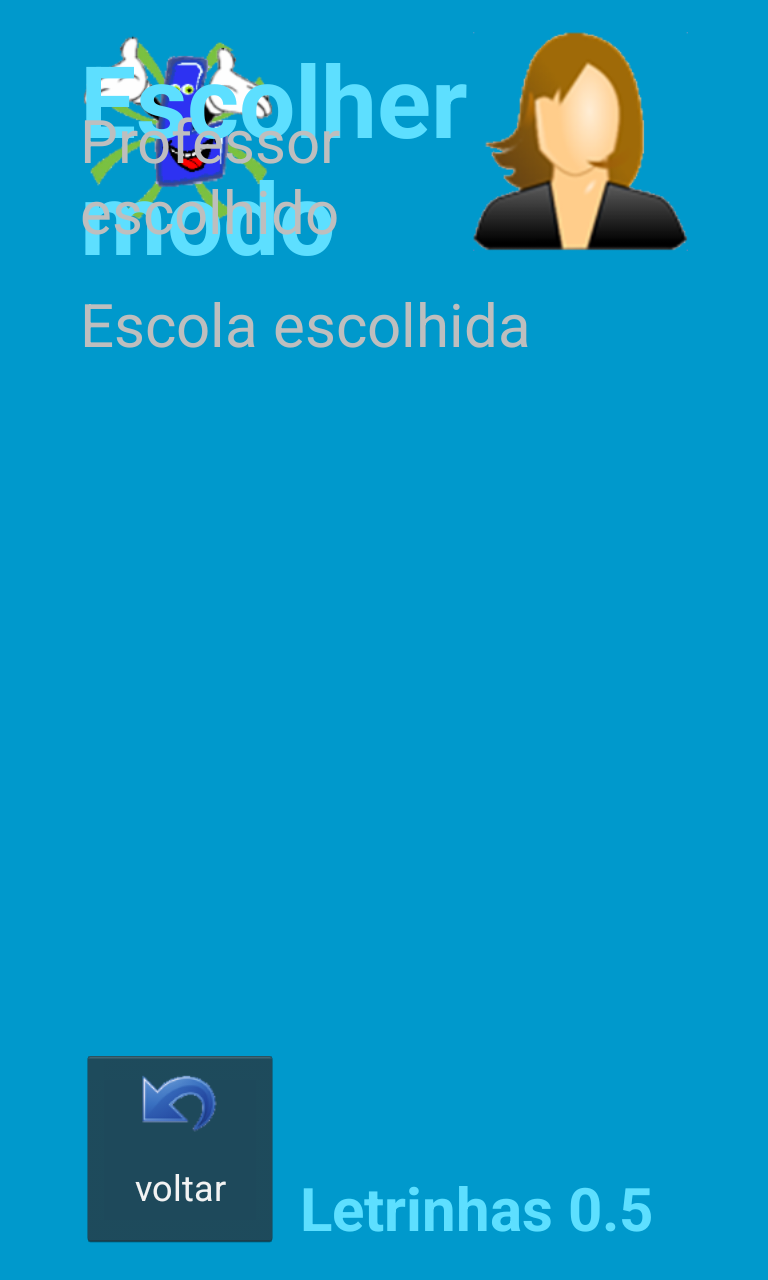
Repository: iptomar/letrinhas_documentacao
Layout: Letrinhas/APP/Prototipos/Letrinhas05/res/layout/listar_submissoes.xml
These files come from the project's save history. The layout is drawn as it stood at one moment and after the next save; the edit follows.
It is drawn on a 768 x 1280 px phone screen (xhdpi) without system bars, with theme FullscreenTheme; the app's code is not run.

Above is the layout before, as saved 2014-05-18 11:00:07.

### Letrinhas/APP/Prototipos/Letrinhas05/res/layout/listar_submissoes.xml
<RelativeLayout xmlns:android="http://schemas.android.com/apk/res/android"
    xmlns:tools="http://schemas.android.com/tools"
    android:id="@+id/escModo"
    android:layout_width="match_parent"
    android:layout_height="match_parent"
    android:background="#0099cc"
    android:configChanges="orientation|keyboardHidden|screenSize"
    android:gravity="center_horizontal"
    android:paddingBottom="@dimen/activity_vertical_margin"
    android:paddingLeft="40sp"
    android:paddingRight="40sp"
    android:paddingTop="@dimen/activity_vertical_margin"
    android:screenOrientation="landscape"
    tools:context="com.letrinhas05.escolhe.ListarSubmissoes" >

    <ImageView
        android:id="@+id/lslogo"
        android:layout_width="wrap_content"
        android:layout_height="wrap_content"
        android:contentDescription="@string/letrinhas"
        android:src="@drawable/letrinhas" />

    <TextView
        android:id="@+id/lsRodape"
        android:layout_width="wrap_content"
        android:layout_height="wrap_content"
        android:layout_alignBottom="@+id/lsbtnVoltar"
        android:layout_marginLeft="10sp"
        android:layout_toRightOf="@+id/lsbtnVoltar"
        android:text="@string/letrinhas"
        android:textColor="#5ddfff"
        android:textSize="30sp"
        android:textStyle="bold" />

    <Button
        android:id="@+id/lsbtnVoltar"
        android:layout_width="100sp"
        android:layout_height="100sp"
        android:layout_alignLeft="@+id/lslogo"
        android:layout_alignParentBottom="true"
        android:contentDescription="@string/voltar"
        android:drawableTop="@drawable/voltar"
        android:text="@string/voltar" />

    <TextView
        android:id="@+id/lsCabecalho"
        android:layout_width="wrap_content"
        android:layout_height="wrap_content"
        android:layout_alignTop="@+id/lslogo"
        android:layout_toRightOf="@+id/escMlogo"
        android:text="@string/escolherModo"
        android:textColor="#5ddfff"
        android:textSize="50sp"
        android:textStyle="bold" />

    <TextView
        android:id="@+id/lsEscola"
        android:layout_width="wrap_content"
        android:layout_height="wrap_content"
        android:layout_alignLeft="@+id/lsCabecalho"
        android:layout_below="@+id/lsCabecalho"
        android:text="Escola escolhida"
        android:textSize="30sp" />

    <TextView
        android:id="@+id/lstvProf"
        android:layout_width="wrap_content"
        android:layout_height="wrap_content"
        android:layout_alignBottom="@+id/lsivProfessor"
        android:layout_toLeftOf="@+id/lsivProfessor"
        android:text="Professor escolhido"
        android:textSize="30sp" android:layout_marginRight="20dp"/>

    <ImageView
        android:id="@+id/lsivProfessor"
        android:layout_width="wrap_content"
        android:layout_height="wrap_content"
        android:layout_alignParentRight="true"
        android:layout_alignTop="@+id/lsCabecalho"
        android:contentDescription="@string/professor"
        android:src="@drawable/professora" />




</RelativeLayout>

### Letrinhas/APP/Prototipos/Letrinhas05/res/values/colors.xml
<?xml version="1.0" encoding="utf-8"?>
<resources>
    	<color name="black_overlay">#66000000</color>
    	<color name="text_color">#66ff00ff</color>
</resources>

### Letrinhas/APP/Prototipos/Letrinhas05/res/values/strings.xml
<?xml version="1.0" encoding="utf-8"?>
<resources>

    <string name="app_name">Letrinhas05</string>
    <string name="entrar">Entrar</string>
    <string name="letrinhas">Letrinhas 0.5 </string>
    <string name="Recording">A gravar</string>
    <string name="start">Começar</string>
    <string name="stop">Parar</string>
    <string name="play">Ouvir</string>
    <string name="title_item_list">Items</string>
    <string name="title_item_detail">Item Detail</string>
    <string name="title_activity_escolhe_teste">Escolher Teste</string>
    <string name="action_settings">Settings</string>
    <string name="sair">sair</string>
    <string name="voltar">voltar</string>
    <string name="teste">Teste</string>
    <string name="title_activity_esc_modo">Escolher Modo do teste</string>
    <string name="escolhe_Modo">Escolher o Modo do teste a realizar</string>
    <string name="porAluno">Por Aluno</string>
    <string name="porProf">Por Professor</string>
    <string name="title_activity_leitura_texto">Leitura de Textos</string>
    <string name="title_activity_leitura_palavras">Leitura de Palavras</string>
    <string name="concetList">ConectList</string>
    <string name="title_activity_texto">Teste de texto</string>
    <string name="title_activity_teste_texto">Teste de texto</string>
    <string name="title_activity_teste__imagem">Teste de imagens</string>
    <string name="title_activity_teste__palavras">Teste de palavras</string>
    <string name="title_activity_teste__poema">Teste de poema</string>
    <string name="login_title">Login Screen</string>
    <string name="username">Username</string>
    <string name="password">Password</string>
    <string name="login">Login</string>
    <string name="title_activity_autenticacao">Autenticacao</string>
    <string name="min"></string>
    <string name="sec"></string>
    <string name="vacilar">Vacilações</string>
    <string name="fragment">Fragmentações</string>
    <string name="silabac">Silabações</string>
    <string name="repeti">Repetições</string>
    <string name="exepriment">experiência</string>
    <string name="menos">menos</string>
    <string name="mais">mais</string>
    <string name="espaco">"                        "</string>
    <string name="numer">20</string>
    <string name="pErrada">P. Erradas:</string>
    <string name="btnback">Voltar</string>
    <string name="title_activity_all__tests">Todos os Testes</string>
    <string name="btnMainAllTest">Todos os Testes</string>
    <string name="btnMainSendResult">Criar e enviar Resultado de Teste</string>
    <string name="btnSendResult">Enviar Resultado</string>
    <string name="title_activity_send__result_test">Enviar Resultado de Teste</string>
    <string name="lb_mainIpServidor">IP do Servidor:</string>
    <string name="mainPorta">Porta:</string>
    <string name="title_activity_receber_imagem">ReceberImagem</string>
    <string name="btnReceberImagem">Ver imagem da BD Profs</string>
    <string name="title_activity_reprod_audio">ReprodAudio</string>
    <string name="title_activity_main_bd">MainBD</string>
    <string name="pontErrada">Pontuação</string>
    <string name="PalavraErrada">Palavra Errada</string>
    <string name="CancelarSeleccao">Cancelar Seleccao</string>
    <string name="title_activity_resultado">Resultado</string>
    <string name="resultado">Resultado do teste</string>
    <string name="avancar">Avançar</string>
    <string name="act_BD">Atualizar a Base de Dados</string>
    <string name="title_activity_escolhe_escola">Escolher Escola</string>
    <string name="escola">escola</string>
    <string name="title_activity_escolhe_disciplina">Escolher disciplina</string>
    <string name="ano">ano</string>
    <string name="title_activity_escolhe_aluno">Escolher Aluno</string>
    <string name="aluno">Aluno</string>
    <string name="title_activity_escolhe_professor">Escolher Professor</string>
    <string name="professor">Professor</string>
    <string name="nomeTeste">Nome do teste</string>
    <string name="tempoLeitura">Tempo de leitura</string>
    <string name="expressividade">Expressividade</string>
    <string name="ritmo">Ritmo</string>
    <string name="nota">Nota</string>
    <string name="perguntaImagem">perguntaImagem</string>
    <string name="title_activity_custom">Custom</string>
    <string name="portugues">Português</string>
    <string name="ingles">Inglês</string>
    <string name="estMeio">Estudo do meio</string>
    <string name="matematica">Matemática</string>
    <string name="escolheDisciplina">Escolhe a disciplina</string>
    <string name="agrupamento">Agrupamento Artur Gonçalves</string>
    <string name="escProfessor">Escolher professor</string>
    <string name="title_activity_escolhe_turma">Escolher Turma</string>
    <string name="hello_world">Hello world!</string>
    <string name="escolherTurma">Escolher Turma</string>
    <string name="escolherAluno">Escolher Aluno</string>
    <string name="escolherModo">Escolher modo</string>
    <string name="realizarTeste">Realizar teste(s)</string>
    <string name="corrigirTeste">Corrigir teste(s)</string>
    <string name="title_activity_escolhe_tipo_teste">Escolher Tipo de Teste</string>
    <string name="escolheTipoTeste">Escolher Tipo de Teste</string>
    <string name="demo">Demo</string>
    <string name="iniciar">Iniciar</string>
    <string name="ExemploTexto">Alfabetização\n
        A alfabetização consiste no aprendizado do alfabeto e de sua utilização como código de comunicação. De um modo mais abrangente, a alfabetização é definida como um processo no qual o indivíduo constrói a gramática e em suas variações. Esse processo não se resume apenas na aquisição dessas habilidades mecânicas (codificação e decodificação) do acto de ler, mas na capacidade de interpretar, compreender, criticar, resignificar e produzir conhecimento.1 Todas essas capacidades citadas anteriormente só serão concretizadas se os alunos tiverem acesso a todos os tipos de portadores de textos. O aluno precisa encontrar os usos sociais da leitura e da escrita.2 A alfabetização envolve também o desenvolvimento de novas formas de compreensão e uso da linguagem de uma maneira geral.\n
        A alfabetização de um indivíduo promove sua socialização, já que possibilita o estabelecimento de novos tipos de trocas simbólicas com outros indivíduos, acesso a bens culturais e a facilidades oferecidas pelas instituições sociais. A alfabetização é um fator propulsor do exercício consciente da cidadania e do desenvolvimento da sociedade como um todo.\n
        A incapacidade de ler e escrever é denominada analfabetismo, enquanto que a incapacidade de interpretar textos simples é chamada analfabetismo funcional ou semianalfabetismo.</string>
    <string name="ExemploPoema">    Ó lua que vais tão alta,\n
Redonda como um tamanco!\n
Ó Maria, traz cá a escada,\n
Que eu não chego lá com um banco.\n
\n
A minha mãe fez um bolo de alfazema.\n
Pedi-lhe uma fatia, e ela deu-ma!\n
\n
Da minha casa à tua\n
vai uma grande distância,\n
Cuidado pelo caminho, \n
não vás escorregar numa casaca de melância!\n
\n
 o meu nome é dionísio\n
pediram-me para fazer um poema, e fízi-o.\n
</string>
    <string name="title_activity_listar_submissoes">Listar Submissoes</string>

</resources>

Loaded but not shown: Letrinhas/APP/Prototipos/Letrinhas05/res/values-v11/styles.xml (common file); Letrinhas/APP/Prototipos/Letrinhas05/res/values/styles.xml (common file); Letrinhas/APP/Prototipos/Letrinhas05/res/values/dimens.xml (common file)

After the next save:
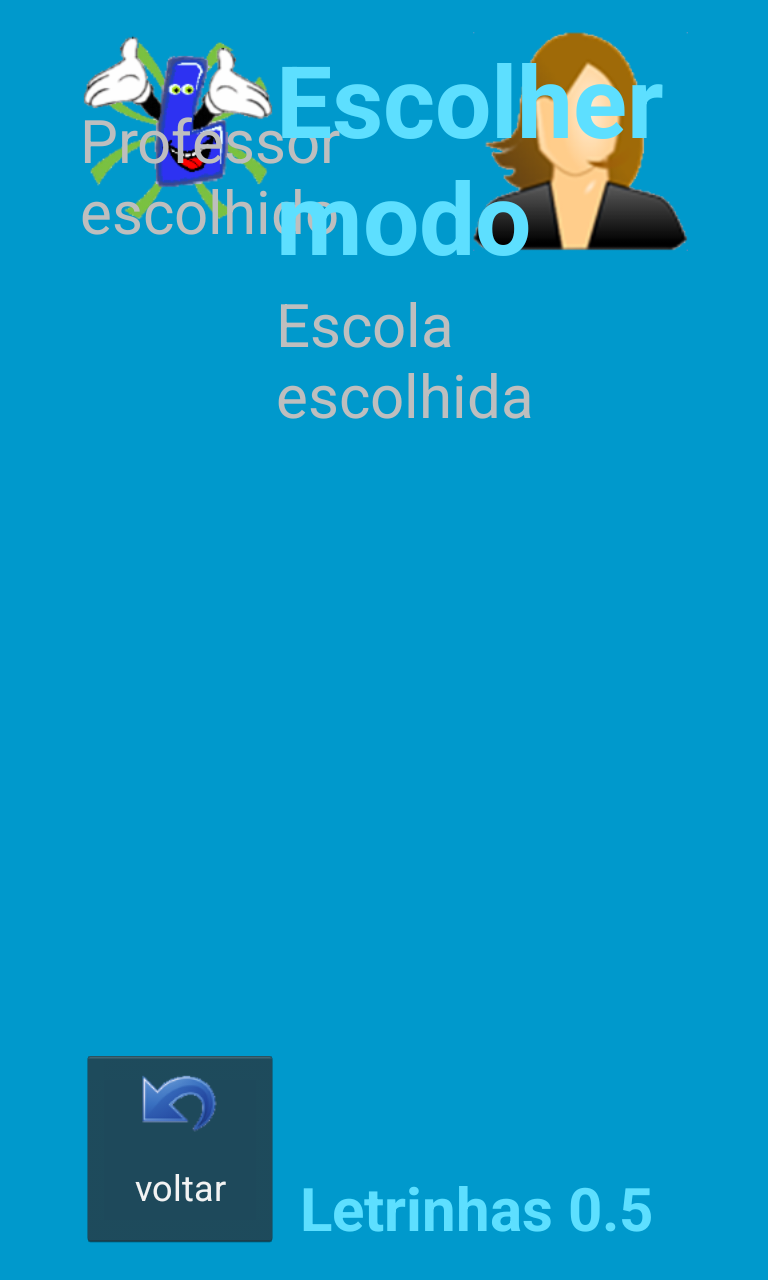
Saved 64 min 31 s later.
--- a/Letrinhas/APP/Prototipos/Letrinhas05/res/layout/listar_submissoes.xml
+++ b/Letrinhas/APP/Prototipos/Letrinhas05/res/layout/listar_submissoes.xml
@@ -1,6 +1,6 @@
 <RelativeLayout xmlns:android="http://schemas.android.com/apk/res/android"
     xmlns:tools="http://schemas.android.com/tools"
-    android:id="@+id/escModo"
+    android:id="@+id/lsModo"
     android:layout_width="match_parent"
     android:layout_height="match_parent"
     android:background="#0099cc"
@@ -43,17 +43,6 @@
         android:text="@string/voltar" />
 
     <TextView
-        android:id="@+id/lsCabecalho"
-        android:layout_width="wrap_content"
-        android:layout_height="wrap_content"
-        android:layout_alignTop="@+id/lslogo"
-        android:layout_toRightOf="@+id/escMlogo"
-        android:text="@string/escolherModo"
-        android:textColor="#5ddfff"
-        android:textSize="50sp"
-        android:textStyle="bold" />
-
-    <TextView
         android:id="@+id/lsEscola"
         android:layout_width="wrap_content"
         android:layout_height="wrap_content"
@@ -80,7 +69,15 @@
         android:contentDescription="@string/professor"
         android:src="@drawable/professora" />
 
-
-
+    <TextView
+        android:id="@+id/lsCabecalho"
+        android:layout_width="wrap_content"
+        android:layout_height="wrap_content"
+        android:layout_alignTop="@+id/lslogo"
+        android:layout_toRightOf="@+id/lslogo"
+        android:text="@string/escolherModo"
+        android:textColor="#5ddfff"
+        android:textSize="50sp"
+        android:textStyle="bold" />
 
 </RelativeLayout>
